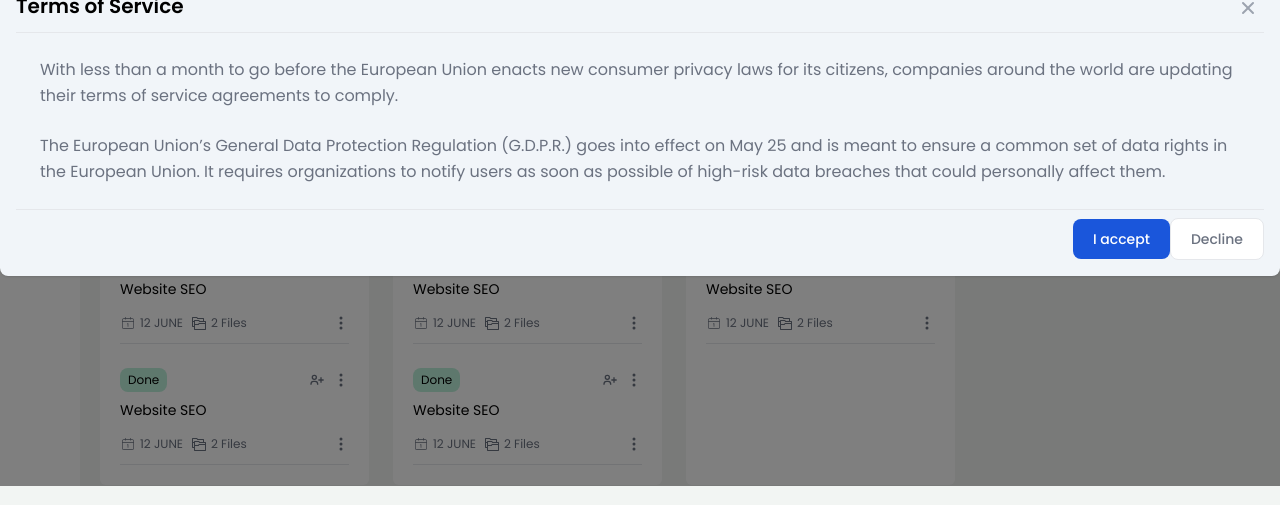
Repository: Shamraiz761/Frontend-Assessment
Page: /, after clicking the first element matching `button.bg-white`
The author's editor kept a copy of each file at every save. The page is drawn from the files as they stood at one save, then again after the next save.
The browser window is 1280 px wide. The pictures show the part of the page from y = 234 to 739 px (the page is 739 px tall).
Pictures or frames that could not be fetched are drawn as grey boxes. The project was rebuilt for these pictures with package versions that can differ from the ones it lists, and the page was loaded fresh each time. Also part of the build but not shown: vite.config.js. Imported but missing from the stored project, and not drawn on this page: src/pages/auth/login.

Above is the page before, as saved 2023-06-09 13:02:57.

### src/main.jsx
import ReactDOM from 'react-dom/client'

import React from 'react'

import App from './App.jsx'
import './index.css'

ReactDOM.createRoot(document.getElementById('root')).render(
  <React.StrictMode>
    <App />
  </React.StrictMode>,
)

### src/App.jsx
import React from 'react'
import { DndProvider } from 'react-dnd'
import { HTML5Backend } from 'react-dnd-html5-backend'
import 'flowbite'

import AppRoutes from './routes'

export default function App() {
  return (
    <DndProvider backend={HTML5Backend}>
      <AppRoutes />
    </DndProvider>
  )
}

### src/index.css
@import url("https://fonts.googleapis.com/css2?family=Poppins:wght@400;500;600;700;800;900&display=swap");

@tailwind base;
@tailwind components;
@tailwind utilities;

* {
  margin: 0;
  padding: 0;
}

body {
  margin: 0;
  font-family: "Poppins", -apple-system, BlinkMacSystemFont, "Segoe UI",
    "Roboto", "Oxygen", "Ubuntu", "Cantarell", "Fira Sans", "Droid Sans",
    "Helvetica Neue", sans-serif;
  -webkit-font-smoothing: antialiased;
  -moz-osx-font-smoothing: grayscale;
  width: 100vw;
  overflow-x: hidden;
  background-color: #f2f5f3;
  /* background: linear-gradient(180deg, #faefe8 0%, #edc7ac 100%); */
}

code {
  font-family: source-code-pro, Menlo, Monaco, Consolas, "Courier New",
    monospace;
}

.pointer-cursor {
  cursor: pointer;
}

.cusBorder {
  border: 1px solid #000;
  border-radius: 5px;
}

img {
  cursor: pointer;
}
.errors {
  color: #dc3545;
  padding: 0;
  margin: 0;
  font-size: 12px;
}
.loader {
  position: fixed;
  top: 0;
  bottom: 0;
  left: 0;
  right: 0;
  background-color: rgba(47, 151, 161, 0.32);

  display: flex;
  justify-content: center;
  align-items: center;
}

.link {
  color: #000;
  cursor: pointer;
  text-decoration: none;
}
.link:hover {
  color: #000;
}

.trans-btn {
  background-color: transparent;
  border: none;
}
.profile-logout-btn {
  border: 0;
}
.profile-logout-btn:hover {
  border: 0;
}
.profile-btn {
  border-radius: 0;
  border: 0;
}
.logout-btn {
  border-radius: 0;
  border: 0;
}
.logout-btn:hover {
  background-color: rgba(220, 53, 69, 0.5);
  border: 0;
  color: #fff;
}
.breadcrumbs ul {
  list-style: none;
  display: inline-block;
}

.breadcrumbs ul li {
  display: inline;
}

.breadcrumbs ul li .bc-link {
  /* display: block; */
  width: max-content;
  background-color: #f8f9fa;
  padding: 6px 15px 6px 25px;
  text-align: center;
  position: relative;
  margin: 0 10px 0 0;
  font-size: 15px;
  text-decoration: none;
  color: #000;
}
.breadcrumbs ul li .bc-link::after {
  content: "";
  border-top: 17px solid transparent;
  border-bottom: 17px solid transparent;
  border-left: 17px solid #f8f9fa;
  position: absolute;
  top: 0;
  right: -17px;
  z-index: 1;
}
.breadcrumbs ul li .bc-link::before {
  content: "";
  border-top: 17px solid transparent;
  border-bottom: 17px solid transparent;
  border-left: 17px solid #71cdd5;
  position: absolute;
  top: 0;
  left: 0;
}
.breadcrumbs ul li:first-child .bc-link {
  border-top-left-radius: 5px;
  border-bottom-left-radius: 5px;
}
.breadcrumbs ul li:first-child .bc-link::before {
  display: none;
}

.breadcrumbs ul li:last-child .bc-link {
  padding-right: 20px;
  border-top-right-radius: 5px;
  border-bottom-right-radius: 5px;
}
.breadcrumbs ul li:last-child .bc-link::after {
  display: none;
}

@media screen and (max-width: 500px) {
  .breadcrumbs ul li .bc-link {
    /* display: block; */
    padding: 2px 2px 2px 13px;
    /* margin: 0 10px 0 0; */
    font-size: 14px;
  }

  .breadcrumbs ul li .bc-link::after {
    content: "";
    border-top: 11.6px solid transparent;
    border-bottom: 11.6px solid transparent;
    border-left: 11.6px solid #f8f9fa;
    position: absolute;
    top: 0;
    right: -11.6px;
    z-index: 1;
  }
  .breadcrumbs ul li .bc-link::before {
    content: "";
    border-top: 11.6px solid transparent;
    border-bottom: 11.6px solid transparent;
    border-left: 11.6px solid #71cdd5;
    position: absolute;
    top: 0;
    left: 0;
  }
  .breadcrumbs ul li:last-child .bc-link {
    padding-right: 5px;
  }
}

@media screen and (max-width: 350px) {
  .breadcrumbs ul li .bc-link {
    /* display: block; */
    padding: 2px 2px 2px 12px;
    /* margin: 0 10px 0 0; */
    font-size: 10px;
  }

  .breadcrumbs ul li .bc-link::after {
    content: "";
    border-top: 9px solid transparent;
    border-bottom: 9px solid transparent;
    border-left: 9px solid #f8f9fa;
    position: absolute;
    top: 0;
    right: -9px;
    z-index: 1;
  }
  .breadcrumbs ul li .bc-link::before {
    content: "";
    border-top: 9px solid transparent;
    border-bottom: 9px solid transparent;
    border-left: 9px solid #edc7ac;
    position: absolute;
    top: 0;
    left: 0;
  }
  .breadcrumbs ul li:last-child .bc-link {
    padding-right: 5px;
  }
}

/* ********************************************** */

### src/routes/index.jsx
import {
  createBrowserRouter,
  createRoutesFromElements,
  RouterProvider,
  Route,
} from "react-router-dom";

import * as React from "react";

import Layout from "./layout";
import Root from "./root";

import Home from "../pages/dashboard";
import Login from "../pages/auth/login";
import Header from "../components/header/index";

export default function AppRoutes() {
  const router = createBrowserRouter(
    createRoutesFromElements(
      <Route path="/" element={<Root />}>
        <Route path="/login" element={<Login />} />

        <Route element={<Layout />}>
          <Route path="/" element={<Home />} />
        </Route>
      </Route>
    )
  );

  return <RouterProvider router={router} />;
}

### src/routes/layout.jsx
import { Link, Outlet, useNavigate } from "react-router-dom";
import { Gi3DGlasses } from "react-icons/gi";
import { CgProfile } from "react-icons/cg";
import { BsArrowLeft, BsFillChatSquareTextFill } from "react-icons/bs";
import { MdOutlineDashboard, MdOutlineCastForEducation } from "react-icons/md";

import React, { useState } from "react";
import Header from "../components/header/index";

export default function Layout() {
  const [open, setOpen] = useState(false);
  const [type, setType] = useState(false);
  const navigate = useNavigate();
  return (
    <div>
      {/* {loading && <LoadingSpinner asOverlay />} */}
      <div
        className={` h-screen bg-white  p-3 ${
          open ? "w-56" : "w-20"
        } fixed top-0 sidebar z-50`}
      >
        {/* Logo */}

        <div className="flex flex-row justify-center">
          <svg
            width="67"
            height="67"
            viewBox="0 0 67 67"
            fill="none"
            xmlns="http://www.w3.org/2000/svg"
            className={` text-4xl block float-left cursor-pointer rounded duration-500 ${
              !open && "rotate-[360deg]"
            }`}
            onClick={() => {
              setOpen(!open);
              setType(false);
            }}
          >
            <path
              d="M22.138 15.2984L30.8759 24.0363C32.3276 25.488 34.7005 25.488 36.1522 24.0363L44.8901 15.2984C47.2351 12.9534 45.588 8.90552 42.238 8.90552H24.7622C21.4401 8.90552 19.7651 12.9534 22.138 15.2984Z"
              fill="#208FF5"
            />
            <path
              d="M22.138 51.7017L30.8759 42.9637C32.3276 41.5121 34.7005 41.5121 36.1522 42.9637L44.8901 51.7017C47.2351 54.0467 45.588 58.0946 42.238 58.0946H24.7622C21.4401 58.0946 19.7651 54.0467 22.138 51.7017Z"
              fill="#208FF5"
            />
            <path
              d="M6.03002 31.9088L12.423 21.8588C13.428 20.2676 15.6614 20.0163 17.0014 21.3563L27.0514 31.4063C28.1959 32.5509 28.1959 34.4213 27.0514 35.5659L17.0014 45.6159C15.6614 46.9559 13.456 46.7047 12.423 45.1134L6.03002 35.0634C5.44377 34.1142 5.44377 32.8859 6.03002 31.9088Z"
              fill="#208FF5"
            />
            <path
              d="M60.9701 31.9088L54.5771 21.8588C53.5721 20.2676 51.3387 20.0163 49.9987 21.3563L39.9488 31.4063C38.8042 32.5509 38.8042 34.4213 39.9488 35.5659L49.9987 45.6159C51.3387 46.9559 53.5442 46.7047 54.5771 45.1134L60.9701 35.0634C61.5563 34.1142 61.5563 32.8859 60.9701 31.9088Z"
              fill="#208FF5"
            />
          </svg>
        </div>

        {/* Search */}

        <ul className="pt-2">
          {/* Dashboard */}
          <Link
            to="/"
            className={` rounded-md text-gray-500  text-xs flex items-center gap-x-4 cursor-pointer hover:bg-gray-50 hover:text-blue-500 py-4 p-2`}
          >
            <span className="text-xl block float-left">
              <MdOutlineDashboard />
            </span>
            <span
              className={` text-sm font-md flex-1
          ${!open && "hidden"}`}
            >
              Marketplace
            </span>
          </Link>

          <Link
            className={` rounded-md text-gray-500  text-xs flex items-center gap-x-4 cursor-pointer hover:bg-gray-50 hover:text-blue-500 py-4 p-2`}
            to="/profile"
          >
            <span className="text-xl block float-left">
              <CgProfile />
            </span>
            <span
              className={` text-xs font-md flex-1
          ${!open && "hidden"}`}
            >
              Profile
            </span>
          </Link>

          {/* Lens */}
          <Link
            className={` rounded-md text-gray-500  text-xs flex items-center gap-x-4 cursor-pointer hover:bg-gray-50 hover:text-blue-500 py-4 p-2`}
            to="/chat"
          >
            <span className="text-lg block float-left">
              <BsFillChatSquareTextFill />
            </span>
            <span
              className={` text-xs font-md flex-1
          ${!open && "hidden"}`}
            >
              Chat
            </span>
          </Link>

          {/* Orders */}
          <Link
            className={` rounded-md text-gray-500  text-xs flex items-center gap-x-4 cursor-pointer hover:bg-gray-50 hover:text-blue-500 py-4 p-2`}
            to="/education"
          >
            <span className="text-xl block float-left">
              <MdOutlineCastForEducation />
            </span>
            <span
              className={` text-xs font-md flex-1
          ${!open && "hidden"}`}
            >
              Education
            </span>
          </Link>
        </ul>
      </div>
      <div className={` ${open ? "ml-56" : "ml-20"}`}>
        <Header />
        <Outlet />
      </div>
    </div>
  );
}

### src/routes/root.jsx
import { Outlet } from 'react-router-dom'

import React from 'react'

export default function Root() {
    return (
        <Outlet />
    )
}

### src/pages/Dashboard/index.jsx
import { AiOutlinePlusCircle } from "react-icons/ai";
import { BsThreeDotsVertical } from "react-icons/bs";

import React, { useState } from "react";

import "./index.css";
import Profile from "../../components/dashboard/profile";
import Card from "../../components/dashboard/card";

function Home() {
  const [isModalOpen, setIsModalOpen] = useState(false);

  const toggleModal = () => {
    setIsModalOpen(!isModalOpen);
  };

  return (
    <div className="mr-3">
      <Profile />
      <div className="m-5 grid grid-cols-1 sm:grid-cols-2 md:grid-cols-3 lg:grid-cols-4 gap-6 ">
        <div className="bg-white p-5 rounded-md">
          <div className="flex flex-row justify-between py-3 border-b">
            <div className="text-sm font-medium">Task Name</div>
            <div className="flex flex-row text-gray-500">
              <AiOutlinePlusCircle className="mr-2" />
              <BsThreeDotsVertical />
            </div>
          </div>
          <Card />
          <Card />
        </div>
        <div className="bg-white p-5 rounded-md">
          <div className="flex flex-row justify-between py-3 border-b">
            <div className="text-sm font-medium">Task Name</div>
            <div className="flex flex-row text-gray-500">
              <AiOutlinePlusCircle className="mr-2" />
              <BsThreeDotsVertical />
            </div>
          </div>
          <Card />
          <Card />
        </div>
        <div className="bg-white p-5 rounded-md">
          <div className="flex flex-row justify-between py-3 border-b">
            <div className="text-sm font-medium">Task Name</div>
            <div className="flex flex-row text-gray-500">
              <AiOutlinePlusCircle className="mr-2" />
              <BsThreeDotsVertical />
            </div>
          </div>
          <Card />
        </div>

        <div>
          <button
            onClick={toggleModal}
            className="bg-white flex flex-row justify-center text-blue-500 rounded-lg border border-dashed border-blue-500 px-2 py-2 text-sm w-full"
            type="button"
          >
            <AiOutlinePlusCircle className="mr-2 mt-1" />
            <h1>Add List</h1>
          </button>
          {isModalOpen && (
            <div className="fixed  top-0 left-0 right-0 bottom-0 z-50   bg-opacity-50 bg-black">
              <div className="  min-h-screen flex items-center justify-center ">
                <div className="absolute bg-slate-100 rounded-lg shadow p-4">
                  {/* Modal header */}
                  <div className="flex items-start justify-between border-b pb-2">
                    <h3 className="text-xl font-semibold">Terms of Service</h3>
                    <button
                      onClick={toggleModal}
                      className="text-gray-400 bg-transparent hover:bg-gray-200 hover:text-gray-900 rounded-lg p-1.5 ml-auto inline-flex items-center"
                    >
                      <svg
                        aria-hidden="true"
                        className="w-5 h-5"
                        fill="currentColor"
                        viewBox="0 0 20 20"
                        xmlns="http://www.w3.org/2000/svg"
                      >
                        <path
                          fillRule="evenodd"
                          d="M4.293 4.293a1 1 0 011.414 0L10 8.586l4.293-4.293a1 1 0 111.414 1.414L11.414 10l4.293 4.293a1 1 0 01-1.414 1.414L10 11.414l-4.293 4.293a1 1 0 01-1.414-1.414L8.586 10 4.293 5.707a1 1 0 010-1.414z"
                          clipRule="evenodd"
                        />
                      </svg>
                      <span className="sr-only">Close modal</span>
                    </button>
                  </div>
                  {/* Modal body */}
                  <div className="p-6 space-y-6">
                    <p className="text-base leading-relaxed text-gray-500">
                      With less than a month to go before the European Union
                      enacts new consumer privacy laws for its citizens,
                      companies around the world are updating their terms of
                      service agreements to comply.
                    </p>
                    <p className="text-base leading-relaxed text-gray-500">
                      The European Union’s General Data Protection Regulation
                      (G.D.P.R.) goes into effect on May 25 and is meant to
                      ensure a common set of data rights in the European Union.
                      It requires organizations to notify users as soon as
                      possible of high-risk data breaches that could personally
                      affect them.
                    </p>
                  </div>
                  {/* Modal footer */}
                  <div className="flex items-center justify-end border-t pt-2">
                    <button
                      onClick={toggleModal}
                      type="button"
                      className="text-white bg-blue-700 hover:bg-blue-800 focus:ring-4 focus:outline-none focus:ring-blue-300 font-medium rounded-lg text-sm px-5 py-2.5"
                    >
                      I accept
                    </button>
                    <button
                      onClick={toggleModal}
                      type="button"
                      className="text-gray-500 bg-white hover:bg-gray-100 focus:ring-4 focus:outline-none focus:ring-blue-300 rounded-lg border border-gray-200 text-sm font-medium px-5 py-2.5 hover:text-gray-900"
                    >
                      Decline
                    </button>
                  </div>
                </div>
              </div>
            </div>
          )}
        </div>
      </div>
    </div>
  );
}
export default Home;

### src/components/header/index.jsx
import { IoIosNotifications } from "react-icons/io";

import React from "react";
import { CgProfile } from "react-icons/cg";

function Header() {
  return (
    <div>
      {/* component */}
      <nav className=" bg-white w-full flex relative justify-between items-center mx-auto px-8 py-4 h-16">
        {/* search bar */}
        <div className="hidden sm:block flex-shrink flex-grow-0 justify-start px-2">
          <div className="inline-block">
            <div className="inline-flex items-center max-w-full">
              <input
                className="flex items-center text-gray-400 bg-slate-50 justify-between  flex-grow-0  relative w-72 border rounded-lg  py-1"
                type="search"
                placeholder="Search"
              />

              <div className="flex items-center justify-center relative  h-8 w-24 rounded-full"></div>
            </div>
          </div>
        </div>

        <div className="flex-initial">
          <div className="flex justify-end items-center relative">
            <div className="block">
              <div className="inline relative sm:flex sm:flex-row sm:justify-center">
                <button
                  type="button"
                  className="inline-flex items-center relative px-2  rounded-full hover:shadow-lg"
                >
                  <IoIosNotifications className="text-gray-400 text-xl" />
                </button>
                <button
                  type="button"
                  className="inline-flex items-center relative px-2  rounded-full hover:shadow-lg"
                >
                  <CgProfile className="text-gray-400 text-xl" />
                </button>
              </div>
            </div>
          </div>
        </div>
        {/* end login */}
      </nav>
    </div>
  );
}

export default Header;

### src/pages/Dashboard/index.css
.dashboard-cover-iamge{
    background: url("../../assets/images/dashboard-back.png");
    background-position: center;
    background-repeat: no-repeat;
    background-size: cover;

}

### src/components/dashboard/profile.jsx
import profile from "../../assets/images/Ellipse 1631.png";

import React from "react";

function Profile() {
  return (
    <div className="m-5  w-[11/12] md:h-72 h-[360px]  bg-white">
      <div className="dashboard-cover-iamge h-[150px]  w-[100%]"></div>
      <div className="grid lg:grid-cols-2 grid-cols-1 md:grid-cols-2 flex-row justify-between flex-wrap">
        <div className="ml-12">
          <img src={profile} className="h-32 w-32 mt-[-65px]  " />
          <h1 className="text-blue-600 font-semibold text-sm ml-[-15px] mt-2">
            Muhammad Shamraiz
          </h1>
          <p className="text-gray-400 text-xs font-thin ml-[-15px]">
            shamirajpoot@gmail.com
          </p>
        </div>
        <div className="grid my-3 grid-cols-2 lg:grid-cols-4 md:justify-end justify-between mx-8 items-center ">
          <button className="btn border  rounded-full w-24 lg:w-28 m-1  px-4 py-2 bg-blue-600 text-sm  text-white">
            Task
          </button>
          <button className="btn border  rounded-full w-24 lg:w-28 m-1 px-4 py-2 bg-gray-300 text-sm  text-gray-800">
            Order
          </button>
          <button className="btn border  rounded-full w-24 lg:w-28  m-1 px-4 py-2 bg-gray-300 text-sm  text-gray-800">
            Submit
          </button>
          <button className="btn border  rounded-full w-24 lg:w-28 m-1 px-4 py-2 bg-gray-300 text-sm  text-gray-800">
            Payment
          </button>
        </div>
      </div>
    </div>
  );
}

export default Profile;

### src/components/dashboard/card.jsx
import { BiUserPlus } from "react-icons/bi";
import { CiCalendarDate } from "react-icons/ci";
import { VscFileSubmodule } from "react-icons/vsc";
import { BsThreeDotsVertical } from "react-icons/bs";

import React from "react";

function Card() {
  return (
    <div className="border-b py-3">
      <div className="flex flex-row justify-between mt-3 ">
        <span className="bg-green-200 px-2 py-1 rounded-lg text-xs font-thin">
          Done
        </span>
        <div className="flex flex-row text-gray-500 mt-1">
          <BiUserPlus className="mr-2 " />
          <BsThreeDotsVertical />
        </div>
      </div>
      <h1 className="text-sm my-2">Website SEO</h1>

      <div className="flex flex-row justify-between mt-3">
        <div className="flex flex-row">
          <div className="flex flex-row text-gray-500 mt-1">
            <CiCalendarDate className="mr-1" />
            <p className="text-xs font-thin text-gray-500 mr-2">12 JUNE</p>
          </div>
          <div className="flex flex-row text-gray-500 mt-1">
            <VscFileSubmodule className="mr-1" />
            <p className="text-xs font-thin text-gray-500 mr-2">2 Files</p>
          </div>
        </div>
        <div className="flex flex-row text-gray-500 mt-1">
          <BsThreeDotsVertical />
        </div>
      </div>
    </div>
  );
}

export default Card;

### tailwind.config.cjs
const colors = require('tailwindcss/colors');
const defaultTheme = require('tailwindcss/defaultTheme');

module.exports = {
  content: ['./src/**/*.{js,jsx,ts,tsx}', "node_modules/flowbite/**/*.js"],
  theme: {
    extend: {
      colors: {
        // set primary color from figma
        // primary: {
        // },
      },
      fontFamily: {
        poppins: ['Poppins', ...defaultTheme.fontFamily.sans],
      },
      fontSize: {
        xxs: '0.5rem',
      },
    },
  },
  plugins: [
    require('flowbite/plugin')
  ],

};

Loaded but not shown: index.html (common file)

After the next save:
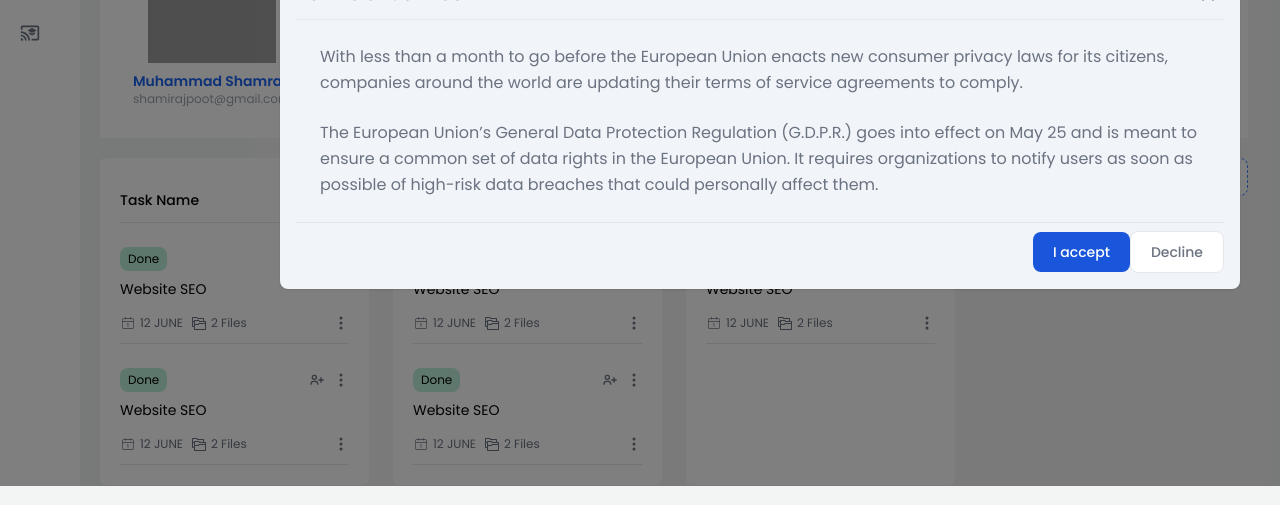
Saved 29 s later.
--- a/src/pages/Dashboard/index.jsx
+++ b/src/pages/Dashboard/index.jsx
@@ -63,7 +63,7 @@ function Home() {
           {isModalOpen && (
             <div className="fixed  top-0 left-0 right-0 bottom-0 z-50   bg-opacity-50 bg-black">
               <div className="  min-h-screen flex items-center justify-center ">
-                <div className="absolute bg-slate-100 rounded-lg shadow p-4">
+                <div className="absolute w-9/12 ml-60 bg-slate-100 rounded-lg shadow p-4">
                   {/* Modal header */}
                   <div className="flex items-start justify-between border-b pb-2">
                     <h3 className="text-xl font-semibold">Terms of Service</h3>
